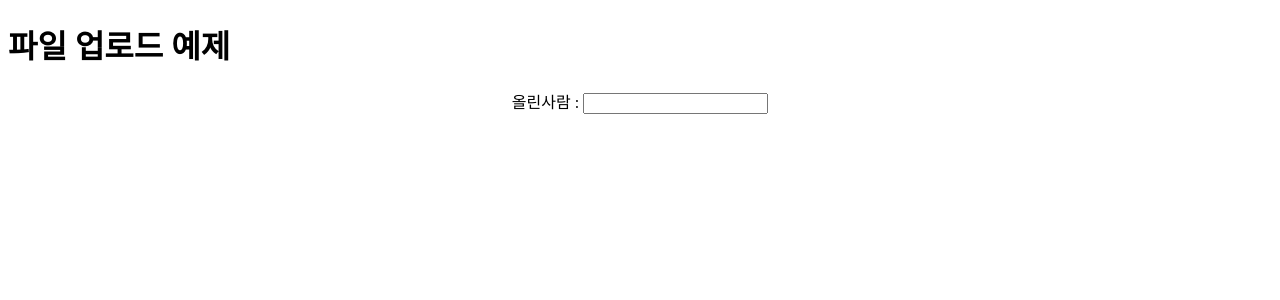
Repository: minkyung0421/jsp_travel_project
Page: http://localhost/Travel_Project/fileUploadForm.jsp
The author's editor kept a copy of each file at every save. The page is drawn from the files as they stood at one save, then again after the next save.
The browser window is 1280 px wide. The pictures show the whole page.
The page is served by Tomcat 9. Other server files are loaded and not shown.

Above is the page before, as saved 2018-08-20 00:06:19.

### jsp_travel_project/Travel_Project/WebContent/fileUploadForm.jsp
<%@ page language="java" contentType="text/html; charset=EUC-KR"
    pageEncoding="EUC-KR"%>
<!DOCTYPE html PUBLIC "-//W3C//DTD HTML 4.01 Transitional//EN" "http://www.w3.org/TR/html4/loose.dtd">
<html>
<head>
<meta http-equiv="Content-Type" content="text/html; charset=EUC-KR">
<title>Insert title here</title>
</head>
<body>

<h1>파일 업로드 예제</h1>
<center>
	<form action = "fileUpload.jsp" method="post" enctype="Multipart/form-data">
		올린사람 : <input type= "text" name = "name"><br>
	</form>
</center>
</body>
</html>

After the next save:
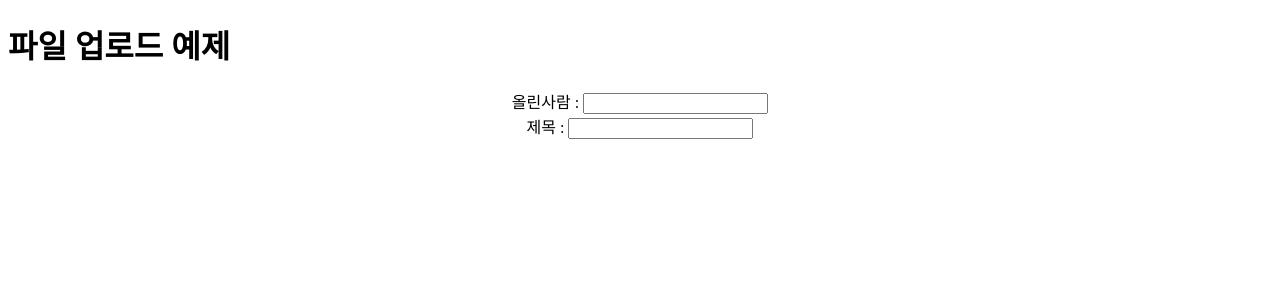
Saved 13 s later.
--- a/jsp_travel_project/Travel_Project/WebContent/fileUploadForm.jsp
+++ b/jsp_travel_project/Travel_Project/WebContent/fileUploadForm.jsp
@@ -12,6 +12,7 @@
 <center>
 	<form action = "fileUpload.jsp" method="post" enctype="Multipart/form-data">
 		올린사람 : <input type= "text" name = "name"><br>
+		제목   : <input type = "text" name = "subject"><br>
 	</form>
 </center>
 </body>
